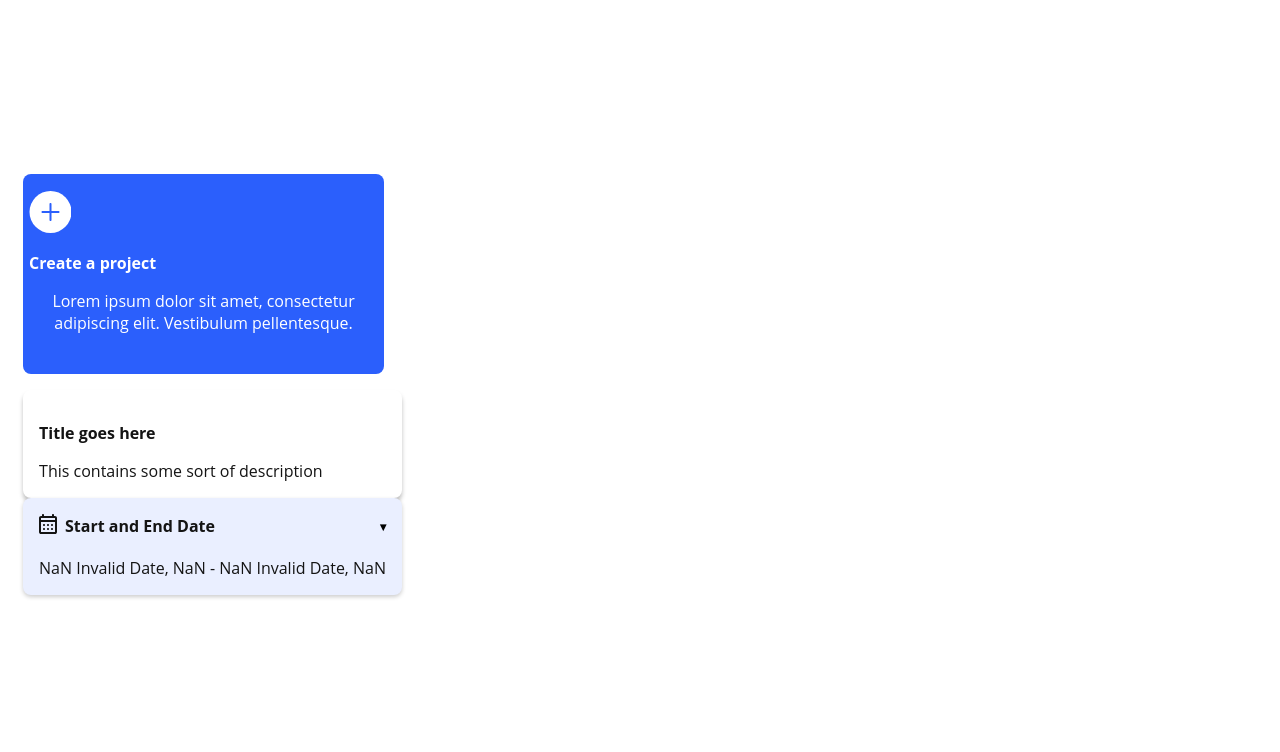
Repository: brunaguarizo/mosaic_app
Page: /
These files come from the project's save history. The page is drawn as it stood at one moment and after the next save; the edit follows.
The browser window is 1280 px wide. The pictures show the whole page.
The project was rebuilt for these pictures with package versions that can differ from the ones it lists, and the page was loaded fresh each time. The framework's server and built-in components were replaced by stand-ins that run in the browser. Also part of the build but not shown: next.config.mjs, app/_ui/navbar/navbar.js, app/_ui/Button/Button.js, app/_ui/Tag/Tag.js, app/_ui/Project_card/Project_card.js, app/_ui/Date_PopUp/Date_PopUp.module.css, app/_ui/Date_PopUp/Date_PopUp.js.

Above is the page before, as saved 2025-04-18 18:49:57.

### app/page.js
import Navbar from "@/app/_ui/navbar/navbar";
import ProjectCard from "./_ui/Project_card/Project_card";
import Button from "./_ui/Button/Button";
import DatePicker from "./_ui/Date_PopUp/Date_PopUp";
import DateCard from "./_ui/Date_Card/Date_Card";
import CreateProject from "./_ui/Create_Project_Button/Create_Project_Button";
import DescriptionBox from "./_ui/Description_Box/Description_Box";

export default function Home() {
    return (
        <div>
            <CreateProject />
            <DescriptionBox
                title='Title goes here'
                description='This contains some sort of description'
                useCase='primary'
            />
            <DateCard />
        </div>
    );
}

### app/globals.css
/* ------------------------------------------------------ GENERAL STYLES ------------------------------------------------------ */
*,
*::before,
*::after {
    box-sizing: inherit;
}

html,
body {
    padding: 0;
    margin: 0;
    font-family: var(--font-family);
    box-sizing: border-box;
}

html {
    display: flex;
    justify-content: center;
    align-items: center;
    width: 393px;
    height: 100%;
    margin: var(--space-regular);
}

.container {
}

.two-column {
    display: grid;
    grid-template-columns: 1fr 1fr;
    gap: var(--space-large);
}

/* ------------------------------------------------------ VARIABLES ------------------------------------------------------ */
:root {
    /* ----- COLORS ----- */
    --blue-primary: rgb(43, 95, 252);
    --blue-50: rgb(234, 239, 255);
    --blue-900: rgb(18, 40, 106);
    --white: #ffffff;
    --black: rgb(20, 20, 20);
    --grey-400: rgb(67, 67, 67);
    --yellow-secondary: rgb(255, 218, 1);
    --orange-secondary: rgb(255, 94, 9);
    --green-secondary: rgb(0, 193, 79);
    --purple-secondary: rgb(154, 65, 255);

    /* ----- TYPE ----- */
    --font-family: "Open Sans", sans-serif;

    --header-xxlarge-size: 88px;
    --title-section-font-size: 30px;
    --button-font-size: 24px;
    --body-text-font-size: 20px;
    --menu-font-size: 16px;
    --label-font-size: 12px;

    --font-style-normal: normal;
    --font-weight-bold: bold;

    --line-height-xxlarge: 100px;
    --line-height-large: 36px;
    --line-height-medium: 28px;
    --line-height-small: 20px;

    /* ----- SPACING ----- */
    --space-small: 8px;
    --space-regular: 16px;
    --space-medium: 32px;
    --space-large: 48px;
    --space-extra-large: 140px;
}

### app/_ui/Date_Card/Date_Card.js
"use client";

import { useState } from "react";
import styles from "./Date_Card.module.css";
import DatePicker from "../Date_PopUp/Date_PopUp";

export default function DateCard({ startDate, endDate }) {
    const [showPicker, setShowPicker] = useState(false);

    const formatDate = (date) => {
        const d = new Date(date);
        const day = d.getDate().toString().padStart(2, "0");
        const month = d.toLocaleString("en-US", { month: "short" });
        const year = d.getFullYear();
        return `${day} ${month}, ${year}`;
    };

    return (
        <>
            <div className={styles.card}>
                <div className={styles.header}>
                    <span className={styles.icon}>
                        <svg
                            width='18'
                            height='20'
                            viewBox='0 0 18 20'
                            fill='none'
                            xmlns='http://www.w3.org/2000/svg'>
                            <path
                                d='M2 20C1.45 20 0.979167 19.8042 0.5875 19.4125C0.195833 19.0208 0 18.55 0 18V4C0 3.45 0.195833 2.97917 0.5875 2.5875C0.979167 2.19583 1.45 2 2 2H3V1C3 0.716667 3.09583 0.479167 3.2875 0.2875C3.47917 0.0958333 3.71667 0 4 0C4.28333 0 4.52083 0.0958333 4.7125 0.2875C4.90417 0.479167 5 0.716667 5 1V2H13V1C13 0.716667 13.0958 0.479167 13.2875 0.2875C13.4792 0.0958333 13.7167 0 14 0C14.2833 0 14.5208 0.0958333 14.7125 0.2875C14.9042 0.479167 15 0.716667 15 1V2H16C16.55 2 17.0208 2.19583 17.4125 2.5875C17.8042 2.97917 18 3.45 18 4V18C18 18.55 17.8042 19.0208 17.4125 19.4125C17.0208 19.8042 16.55 20 16 20H2ZM2 18H16V8H2V18ZM2 6H16V4H2V6ZM9 12C8.71667 12 8.47917 11.9042 8.2875 11.7125C8.09583 11.5208 8 11.2833 8 11C8 10.7167 8.09583 10.4792 8.2875 10.2875C8.47917 10.0958 8.71667 10 9 10C9.28333 10 9.52083 10.0958 9.7125 10.2875C9.90417 10.4792 10 10.7167 10 11C10 11.2833 9.90417 11.5208 9.7125 11.7125C9.52083 11.9042 9.28333 12 9 12ZM5 12C4.71667 12 4.47917 11.9042 4.2875 11.7125C4.09583 11.5208 4 11.2833 4 11C4 10.7167 4.09583 10.4792 4.2875 10.2875C4.47917 10.0958 4.71667 10 5 10C5.28333 10 5.52083 10.0958 5.7125 10.2875C5.90417 10.4792 6 10.7167 6 11C6 11.2833 5.90417 11.5208 5.7125 11.7125C5.52083 11.9042 5.28333 12 5 12ZM13 12C12.7167 12 12.4792 11.9042 12.2875 11.7125C12.0958 11.5208 12 11.2833 12 11C12 10.7167 12.0958 10.4792 12.2875 10.2875C12.4792 10.0958 12.7167 10 13 10C13.2833 10 13.5208 10.0958 13.7125 10.2875C13.9042 10.4792 14 10.7167 14 11C14 11.2833 13.9042 11.5208 13.7125 11.7125C13.5208 11.9042 13.2833 12 13 12ZM9 16C8.71667 16 8.47917 15.9042 8.2875 15.7125C8.09583 15.5208 8 15.2833 8 15C8 14.7167 8.09583 14.4792 8.2875 14.2875C8.47917 14.0958 8.71667 14 9 14C9.28333 14 9.52083 14.0958 9.7125 14.2875C9.90417 14.4792 10 14.7167 10 15C10 15.2833 9.90417 15.5208 9.7125 15.7125C9.52083 15.9042 9.28333 16 9 16ZM5 16C4.71667 16 4.47917 15.9042 4.2875 15.7125C4.09583 15.5208 4 15.2833 4 15C4 14.7167 4.09583 14.4792 4.2875 14.2875C4.47917 14.0958 4.71667 14 5 14C5.28333 14 5.52083 14.0958 5.7125 14.2875C5.90417 14.4792 6 14.7167 6 15C6 15.2833 5.90417 15.5208 5.7125 15.7125C5.52083 15.9042 5.28333 16 5 16ZM13 16C12.7167 16 12.4792 15.9042 12.2875 15.7125C12.0958 15.5208 12 15.2833 12 15C12 14.7167 12.0958 14.4792 12.2875 14.2875C12.4792 14.0958 12.7167 14 13 14C13.2833 14 13.5208 14.0958 13.7125 14.2875C13.9042 14.4792 14 14.7167 14 15C14 15.2833 13.9042 15.5208 13.7125 15.7125C13.5208 15.9042 13.2833 16 13 16Z'
                                fill='#141414'
                            />
                        </svg>
                    </span>
                    <span className={styles.label}>Start and End Date</span>
                    <span
                        className={styles.arrow}
                        onClick={() => setShowPicker(true)}>
                        ▾
                    </span>
                </div>
                <div className={styles.dateRange}>
                    {formatDate(startDate)} - {formatDate(endDate)}
                </div>
            </div>

            {showPicker && <DatePicker />}
        </>
    );
}

### app/_ui/Create_Project_Button/Create_Project_Button.js
import styles from "./Create_Project_Button.module.css";

function CreateProject() {
    return (
        <button className={styles.button_background}>
            <div>
                <svg
                    className={styles.button_icon}
                    // width='42'
                    // height='42'
                    // viewBox='0 0 42 42'
                    fill='none'
                    xmlns='http://www.w3.org/2000/svg'>
                    <rect
                        x='0.5'
                        width='42'
                        height='42'
                        rx='21'
                        fill='white'
                    />
                    <path
                        d='M21.5 30C21.2167 30 20.9792 29.9042 20.7875 29.7125C20.5958 29.5208 20.5 29.2833 20.5 29V22H13.5C13.2167 22 12.9792 21.9042 12.7875 21.7125C12.5958 21.5208 12.5 21.2833 12.5 21C12.5 20.7167 12.5958 20.4792 12.7875 20.2875C12.9792 20.0958 13.2167 20 13.5 20H20.5V13C20.5 12.7167 20.5958 12.4792 20.7875 12.2875C20.9792 12.0958 21.2167 12 21.5 12C21.7833 12 22.0208 12.0958 22.2125 12.2875C22.4042 12.4792 22.5 12.7167 22.5 13V20H29.5C29.7833 20 30.0208 20.0958 30.2125 20.2875C30.4042 20.4792 30.5 20.7167 30.5 21C30.5 21.2833 30.4042 21.5208 30.2125 21.7125C30.0208 21.9042 29.7833 22 29.5 22H22.5V29C22.5 29.2833 22.4042 29.5208 22.2125 29.7125C22.0208 29.9042 21.7833 30 21.5 30Z'
                        fill='#2B5FFC'
                    />
                </svg>
            </div>

            <h2 className={styles.button_heading}>Create a project</h2>
            <p className={styles.button_description}>
                {" "}
                Lorem ipsum dolor sit amet, consectetur adipiscing elit.
                Vestibulum pellentesque.
            </p>
        </button>
    );
}

export default CreateProject;

### app/_ui/Description_Box/Description_Box.js
import classNames from "classnames";
import styles from "./Description_Box.module.css";

function DescriptionBox({ title, description, useCase }) {
    const DescriptionClasses = classNames(styles.project_primary, {
        [styles.conditions]: useCase === "conditions",
        [styles.project_secondary]: useCase === "secondary",
    });

    return (
        <div className={DescriptionClasses}>
            <h1 className={styles.description_heading}>{title}</h1>
            <p className={styles.description_body}>{description}</p>
        </div>
    );
}

export default DescriptionBox;

### app/_ui/navbar/navbar.module.css

.nav {
    width: 393px;
    height: 72px;
    justify-content: center;
    align-items: center;
    display: flex;
    flex-direction: row;
    padding: 0;
    margin: 0;
    gap: var(--space-large);
    border-top: 1px solid var(--grey-50);
}

.navbar__item {
    display: flex;
    flex-direction: column;
    justify-content: center;
    align-items: center;
    gap: 4px;
    text-decoration: none;
    width: 60px;
    height: 44px;
    padding-left: 32px;
    padding-right: 32px;
    margin: 0;
}

.navbar__icon {
    max-width: 16px;
    padding: 0;
    margin: 0;
    fill: var(--black);
}

.navbar__text {
    color: var(--black);
    font-size: var(--label-font-size);
    font-weight: var(--font-weight-400);
    line-height: var(--line-height-small);
    text-decoration: none;
    padding: 0;
    margin: 0;
}

.navbar__item:hover .navbar__text,
.navbar__item:hover .navbar__icon,
.navbar__item:active .navbar__text,
.navbar__item:active .navbar__icon {
  color: var(--blue-primary);
  fill: var(--blue-primary);
}

/* ------------------------------------------------------ VARIABLES ------------------------------------------------------ */
:root {
    /* ----- COLORS ----- */
    --blue-primary: rgb(43,95,252);
    --blue-50: rgb(234, 239, 255);
    --blue-900: rgb(18, 40, 106);
    --white: #FFFFFF;
    --grey-50: #E8E8E8;
    --black: rgb(20, 20, 20);
    --grey-400: rgb(67, 67, 67);
    --yellow-secondary: rgb(255, 218, 1);
    --orange-secondary: rgb(255, 94, 9);
    --green-secondary: rgb(0, 193, 79);
    --purple-secondary: rgb(154, 65, 255);

    /* ----- TYPE ----- */
    --font-family: "Open Sans", sans-serif;

    --header-xxlarge-size: 88px;
    --title-section-font-size: 30px;
    --button-font-size: 24px;
    --body-text-font-size: 20px;
    --menu-font-size: 16px;
    --label-font-size: 12px;

    --font-style-normal: normal;
    --font-weight-bold: bold;

    --line-height-xxlarge: 100px;
    --line-height-large: 36px;
    --line-height-medium: 28px;
    --line-height-small: 20px;

    /* ----- SPACING ----- */
    --space-small: 8px;
    --space-regular: 16px;
    --space-medium: 32px;
    --space-large: 48px;
    --space-extra-large: 88px;
  }

### app/_ui/Project_card/Project_card.module.css
.card__container {
    display: flex;
    flex-direction: column;
    justify-content: center;
    align-items: center;
    background-color: var(--blue-50);
    border-radius: var(--space-small);
    padding: var(--space-regular);
    gap: var(--space-regular);
}

.card__menu {
    width: 100%;
    display: flex;
    justify-content: flex-end;
    padding: 0;
    margin: 0;
}

.card__icon {
    fill: var(--blue-primary);
    padding: 0;
    margin: 0;

    &:hover {
        fill: var(--blue-900);
    }
}

.card__title {
    font-family: var(--font-family);
    font-size: var(--font-size-regular);
    font-weight: var(--font-weight-bold);
    color: var(--black);
    padding: 0;
    margin: 0;
}

.card__text {
    font-family: var(--font-family);
    font-size: var(--font-size-small);
    font-weight: var(--font-weight-regular);
    color: var(--black);
    text-align: center;
    padding: 0;
    margin: 0;
    max-width: 220px;
}

.date {
    display: flex;
    align-items: center;
    gap: var(--space-small);
    padding: 0;
    margin: 0;
}

.date__icon {
    fill: var(--black);
    padding: 0;
    margin: 0;
}

/* ------------------------------------------------------ VARIABLES ------------------------------------------------------ */
:root {
    /* ----- COLORS ----- */
    --blue-primary: rgb(43, 95, 252);
    --blue-50: rgb(234, 239, 255);
    --blue-100: #bdcdfe;
    --blue-900: rgb(18, 40, 106);
    --white: #ffffff;
    --black: rgb(20, 20, 20);
    --grey-400: rgb(67, 67, 67);
    --yellow-secondary: rgb(255, 218, 1);
    --orange-secondary: rgb(255, 94, 9);
    --green-secondary: rgb(0, 193, 79);
    --purple-secondary: rgb(154, 65, 255);

    /* ----- TYPE ----- */
    --font-family: "Open Sans", sans-serif;

    --font-size-extra-large: 30px;
    --font-size-large: 24px;
    --font-size-medium: 20px;
    --font-size-regular: 16px;
    --font-size-small: 12px;

    --font-style-normal: normal;
    --font-weight-bold: bold;

    --line-height-xxlarge: 100px;
    --line-height-large: 36px;
    --line-height-medium: 28px;
    --line-height-small: 20px;

    /* ----- SPACING ----- */
    --space-small: 8px;
    --space-regular: 16px;
    --space-medium: 32px;
    --space-large: 48px;
    --space-extra-large: 140px;
}

### app/_ui/Button/Button.module.css
.button {
    font-family: var(--font-family);
    font-size: var(--font-size-regular);
    font-weight: var(--font-weight-bold);
    width: 100%;
    padding-top: var(--space-small);
    padding-left: var(--space-regular);
    padding-right: var(--space-regular);
    padding-bottom: var(--space-small);
    border-radius: 100px;
    align-items: center;
    border: none;

    &:hover {
        background-color: var(--blue-900);
        color: var(--white);
    }
}

.primary {
    background: var(--blue-primary);
    color: var(--white);
}

.secondary {
    background-color: var(--white);
    border: 1px solid var(--blue-primary);
    color: var(--blue-primary);
}

.disabled {
    pointer-events: none;
    color: var(--white);
    background-color: var(--blue-100);
}

.small {
    font-size: var(--font-size-small);
    padding: var(--space-small);
    align-items: center;
}

.large {
    font-size: var(--font-size-large);
    padding: var(--space-regular);
}

.error {
    background-color: var(--orange-secondary);
}

/* ------------------------------------------------------ VARIABLES ------------------------------------------------------ */
:root {
    /* ----- COLORS ----- */
    --blue-primary: rgb(43, 95, 252);
    --blue-50: rgb(234, 239, 255);
    --blue-100: #bdcdfe;
    --blue-900: rgb(18, 40, 106);
    --white: #ffffff;
    --black: rgb(20, 20, 20);
    --grey-400: rgb(67, 67, 67);
    --yellow-secondary: rgb(255, 218, 1);
    --orange-secondary: rgb(255, 94, 9);
    --green-secondary: rgb(0, 193, 79);
    --purple-secondary: rgb(154, 65, 255);

    /* ----- TYPE ----- */
    --font-family: "Open Sans", sans-serif;

    --font-size-extra-large: 30px;
    --font-size-large: 24px;
    --font-size-medium: 20px;
    --font-size-regular: 16px;
    --font-size-small: 12px;

    --font-style-normal: normal;
    --font-weight-bold: bold;

    --line-height-xxlarge: 100px;
    --line-height-large: 36px;
    --line-height-medium: 28px;
    --line-height-small: 20px;

    /* ----- SPACING ----- */
    --space-small: 8px;
    --space-regular: 16px;
    --space-medium: 32px;
    --space-large: 48px;
    --space-extra-large: 140px;
}

### app/_ui/Date_Card/Date_Card.module.css
.card {
    background-color: var(--blue-50);
    border-radius: var(--space-small);
    padding: var(--space-regular);
    gap: var(--space-regular);
    box-shadow: 0 2px 4px rgba(0, 0, 0, 0.2);
    font-family: var(--font-family);
    cursor: pointer;
    display: flex;
    flex-direction: column;
    width: fit-content;
}

.header {
    display: flex;
    align-items: center;
    gap: var(--space-small);
    font-size: var(--font-size-regular);
    font-weight: var(--font-weight-bold);
    color: var(--black);
}

.label {
    flex-grow: 1;
}

.arrow {
    font-size: var(--font-size-small);
    color: black;
}

.arrow:hover {
    font-size: var(--font-size-small);
    color: var(--blue-primary);
}

.dateRange {
    margin-top: 2px;
    font-size: var(--font-size-regular);
    color: var(--black);
}

/* ------------------------------------------------------ VARIABLES ------------------------------------------------------ */
:root {
    /* ----- COLORS ----- */
    --blue-primary: rgb(43, 95, 252);
    --blue-50: rgb(234, 239, 255);
    --blue-100: #bdcdfe;
    --blue-900: rgb(18, 40, 106);
    --white: #ffffff;
    --black: rgb(20, 20, 20);
    --grey-400: rgb(67, 67, 67);
    --yellow-secondary: rgb(255, 218, 1);
    --orange-secondary: rgb(255, 94, 9);
    --green-secondary: rgb(0, 193, 79);
    --purple-secondary: rgb(154, 65, 255);

    /* ----- TYPE ----- */
    --font-family: "Open Sans", sans-serif;

    --font-size-extra-large: 30px;
    --font-size-large: 24px;
    --font-size-medium: 20px;
    --font-size-regular: 16px;
    --font-size-small: 12px;

    --font-style-normal: normal;
    --font-weight-bold: bold;

    --line-height-xxlarge: 100px;
    --line-height-large: 36px;
    --line-height-medium: 28px;
    --line-height-small: 20px;

    /* ----- SPACING ----- */
    --space-small: 8px;
    --space-regular: 16px;
    --space-medium: 32px;
    --space-large: 48px;
    --space-extra-large: 140px;
}

### app/_ui/Create_Project_Button/Create_Project_Button.module.css
.button_background {
    background-color: var(--blue-primary);
    border-radius: var(--space-small);
    border: none;
    width: 361px;
    height: 200px;
    display: flex;
    flex-direction: column;
    margin-top: var(--space-regular);
}

.button_icon {
    width: 42px;
    height: 42px;
    align-self: center;
    box-sizing: content-box;
    margin-top: var(--space-regular);
}

.button_heading {
    text-align: center;
    font-family: "Open Sans", sans-serif;
    font-size: var(--menu-font-size);
    font-weight: var(--font-weight-bold);
    color: white;
    padding: 0px;
    border: 0px;
    margin-top: var(--space-regular);
    margin-bottom: 0px;
}

.button_description {
    font-family: "Open Sans", sans-serif;
    font-size: var(--menu-font-size);
    font-style: var(--font-weight-normal);
    color: white;
    border: 0px;
    padding: 0px;
    margin-top: var(--space-regular);
    margin-bottom: 0px;
}
/* ------------------------------------------------------ VARIABLES ------------------------------------------------------ */
:root {
    /* ----- COLORS ----- */
    --blue-primary: rgb(43, 95, 252);
    --blue-50: rgb(234, 239, 255);
    --blue-900: rgb(18, 40, 106);
    --white: #ffffff;
    --grey-50: #e8e8e8;
    --black: rgb(20, 20, 20);
    --grey-400: rgb(67, 67, 67);
    --yellow-secondary: rgb(255, 218, 1);
    --orange-secondary: rgb(255, 94, 9);
    --green-secondary: rgb(0, 193, 79);
    --purple-secondary: rgb(154, 65, 255);

    /* ----- TYPE ----- */
    --font-family: "Open Sans", sans-serif;

    --header-xxlarge-size: 88px;
    --title-section-font-size: 30px;
    --button-font-size: 24px;
    --body-text-font-size: 20px;
    --menu-font-size: 16px;
    --label-font-size: 12px;

    --font-style-normal: normal;
    --font-weight-bold: bold;

    --line-height-xxlarge: 100px;
    --line-height-large: 36px;
    --line-height-medium: 28px;
    --line-height-small: 20px;

    /* ----- SPACING ----- */
    --space-small: 8px;
    --space-regular: 16px;
    --space-medium: 32px;
    --space-large: 48px;
    --space-extra-large: 140px;
}

### app/_ui/Description_Box/Description_Box.module.css
.project_primary {
    display: flex;
    flex-direction: column;
    border-radius: 8px;
    text-align: left;
    padding: 16px;
    text-align: left;
    margin-top: var(--space-regular);
    box-shadow: 0px 4px 4px rgba(0, 0, 0, 0.25);
}
.project_secondary {
    display: flex;
    flex-direction: column;
    border-radius: 8px;
    text-align: left;
    padding: 16px;
    text-align: left;
    margin-top: var(--space-regular);
    background-color: var(--blue-50);
    box-shadow: 0px 4px 4px rgba(0, 0, 0, 0.25);
}
.description_heading {
    text-align: left;
    font-family: "Open Sans", sans-serif;
    font-size: var(--menu-font-size);
    font-weight: var(--font-weight-bold);
    color: var(--black);
    padding: 0px;
    border: 0px;
    box-sizing: content-box;
    margin-top: var(--space-regular);
    margin-bottom: 0px;
}
.description_body {
    font-family: "Open Sans", sans-serif;
    font-size: var(--menu-font-size);
    font-style: var(--font-weight-normal);
    color: var(--black);
    margin-top: var(--space-regular);
    margin-bottom: 0px;
}

.conditions {
    display: flex;
    flex-direction: column;
    border-radius: 8px;
    align-items: center;
    padding: 16px;
    text-align: center;
    background-color: var(--blue-50);
    margin-top: var(--space-regular);
}

/* ------------------------------------------------------ VARIABLES ------------------------------------------------------ */
:root {
    /* ----- COLORS ----- */
    --blue-primary: rgb(43, 95, 252);
    --blue-50: rgb(234, 239, 255);
    --blue-900: rgb(18, 40, 106);
    --white: #ffffff;
    --grey-50: #e8e8e8;
    --black: rgb(20, 20, 20);
    --grey-400: rgb(67, 67, 67);
    --yellow-secondary: rgb(255, 218, 1);
    --orange-secondary: rgb(255, 94, 9);
    --green-secondary: rgb(0, 193, 79);
    --purple-secondary: rgb(154, 65, 255);

    /* ----- TYPE ----- */
    --font-family: "Open Sans", sans-serif;

    --header-xxlarge-size: 88px;
    --title-section-font-size: 30px;
    --button-font-size: 24px;
    --body-text-font-size: 20px;
    --menu-font-size: 16px;
    --label-font-size: 12px;

    --font-style-normal: normal;
    --font-weight-bold: bold;

    --line-height-xxlarge: 100px;
    --line-height-large: 36px;
    --line-height-medium: 28px;
    --line-height-small: 20px;

    /* ----- SPACING ----- */
    --space-small: 8px;
    --space-regular: 16px;
    --space-medium: 32px;
    --space-large: 48px;
    --space-extra-large: 140px;
}

### app/_ui/Tag/Tag.module.css
.tag {
    font-family: var(--font-family);
    font-size: var(--font-size-small);
    font-weight: var(--font-weight-regular);
    width: 80px;
    padding: var(--space-extra-small);
    border-radius: 100px;
    border: none;
    background-color: var(--orange-secondary);

    display: flex;
    justify-content: center;
    align-items: center;
    text-align: center;
}

/* ------------------------------------------------------ VARIABLES ------------------------------------------------------ */
:root {
    /* ----- COLORS ----- */
    --blue-primary: rgb(43, 95, 252);
    --blue-50: rgb(234, 239, 255);
    --blue-100: #bdcdfe;
    --blue-900: rgb(18, 40, 106);
    --white: #ffffff;
    --black: rgb(20, 20, 20);
    --grey-400: rgb(67, 67, 67);
    --yellow-secondary: rgb(255, 218, 1);
    --orange-secondary: rgb(255, 94, 9);
    --green-secondary: rgb(0, 193, 79);
    --purple-secondary: rgb(154, 65, 255);

    /* ----- TYPE ----- */
    --font-family: "Open Sans", sans-serif;

    --font-size-extra-large: 30px;
    --font-size-large: 24px;
    --font-size-medium: 20px;
    --font-size-regular: 16px;
    --font-size-small: 12px;

    --font-style-normal: normal;
    --font-weight-bold: bold;

    --line-height-xxlarge: 100px;
    --line-height-large: 36px;
    --line-height-medium: 28px;
    --line-height-small: 20px;

    /* ----- SPACING ----- */
    --space-extra-small: 4px;
    --space-small: 8px;
    --space-regular: 16px;
    --space-medium: 32px;
    --space-large: 48px;
    --space-extra-large: 140px;
}

Loaded but not shown: app/layout.js (common file)

After the next save:
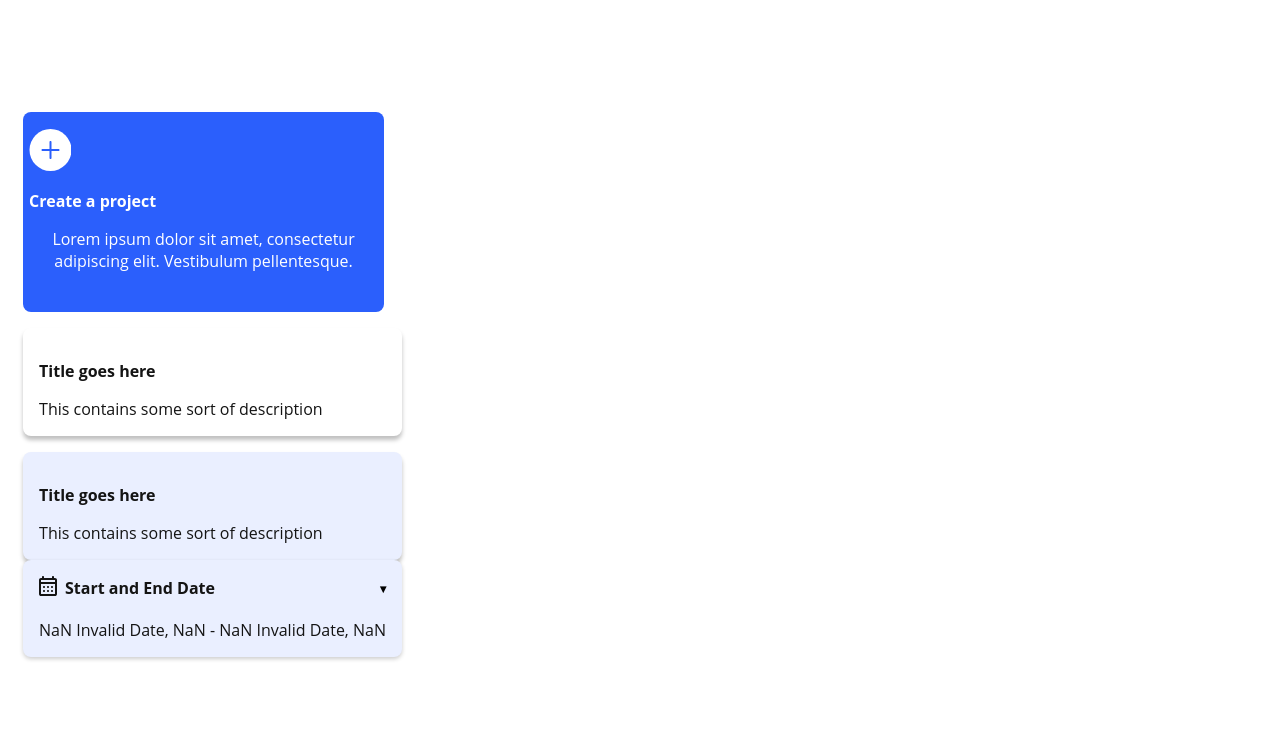
Saved 25 s later.
--- a/app/page.js
+++ b/app/page.js
@@ -15,6 +15,11 @@ export default function Home() {
                 description='This contains some sort of description'
                 useCase='primary'
             />
+            <DescriptionBox
+                title='Title goes here'
+                description='This contains some sort of description'
+                useCase='secondary'
+            />
             <DateCard />
         </div>
     );
